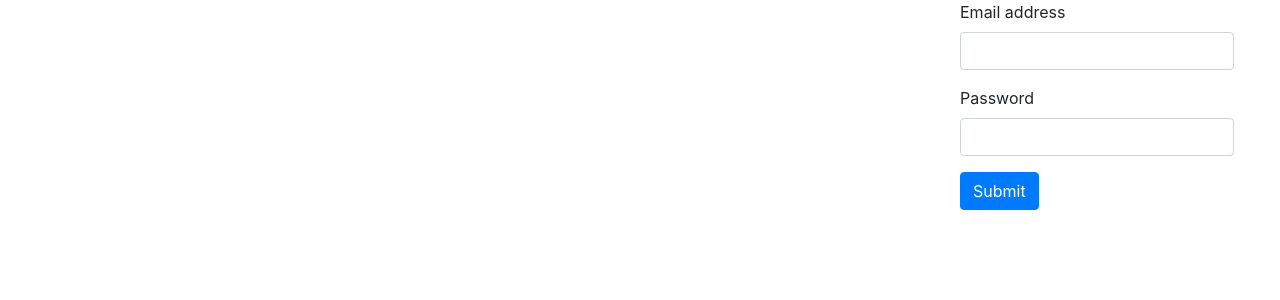
Repository: Pedaxx-IT-solution/E-Waiter-Stuff-
Page: http://localhost/E-Waiter/pages/signup.jsp
The author's editor kept a copy of each file at every save. The page is drawn from the files as they stood at one save, then again after the next save.
The browser window is 1280 px wide. The pictures show the whole page.
The page is served by Tomcat 9. Other server files are loaded and not shown.

Above is the page before, as saved 2020-01-23 08:14:42.

### E-Waiter/src/main/webapp/pages/signup.jsp
<%@ page language="java" contentType="text/html; charset=ISO-8859-1"
	pageEncoding="ISO-8859-1"%>
<!DOCTYPE html>
<html>
<head>
<meta charset="ISO-8859-1">
<title>Insert title here</title>
<link rel="stylesheet"
	href="https://stackpath.bootstrapcdn.com/bootstrap/4.4.1/css/bootstrap.min.css"
	integrity="sha384-Vkoo8x4CGsO3+Hhxv8T/Q5PaXtkKtu6ug5TOeNV6gBiFeWPGFN9MuhOf23Q9Ifjh"
	crossorigin="anonymous">



</head>


<body>
	<div class="container-fluid">
		<div class="row">
			<div class="col-3"></div>
			<div class="col-6"></div>

			<form>
				<div class="form-group">
					<label for="exampleInputEmail1">Email address</label> <input
						type="email" class="form-control" id="exampleInputEmail1"
						aria-describedby="emailHelp"> <small id="emailHelp"
						class="form-text text-muted">
						</small>
				</div>
				<div class="form-group">
					<label for="exampleInputPassword1">Password</label> <input
						type="password" class="form-control" id="exampleInputPassword1">
				</div>

				<button type="submit" class="btn btn-primary">Submit</button>
			</form>



		</div>
	</div>



</body>
</html>

After the next save:
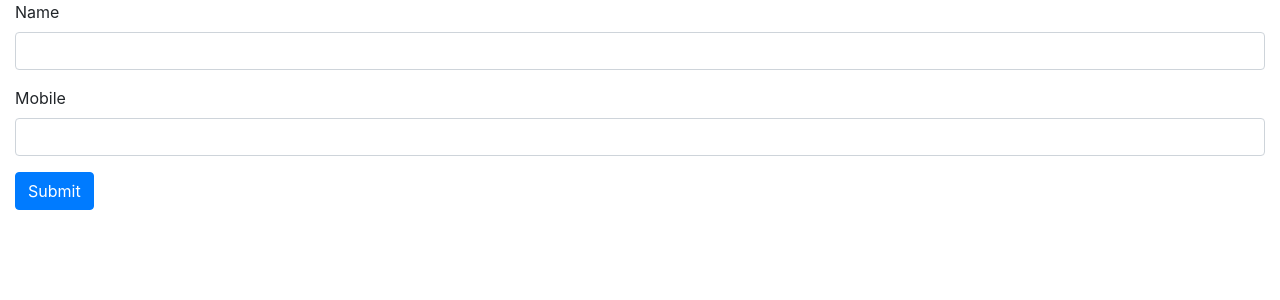
Saved 5 min 55 s later.
--- a/E-Waiter/src/main/webapp/pages/signup.jsp
+++ b/E-Waiter/src/main/webapp/pages/signup.jsp
@@ -22,16 +22,16 @@
 			<div class="col-6"></div>
 
 			<form>
-				<div class="form-group">
-					<label for="exampleInputEmail1">Email address</label> <input
-						type="email" class="form-control" id="exampleInputEmail1"
-						aria-describedby="emailHelp"> <small id="emailHelp"
-						class="form-text text-muted">
-						</small>
+
 				</div>
 				<div class="form-group">
-					<label for="exampleInputPassword1">Password</label> <input
-						type="password" class="form-control" id="exampleInputPassword1">
+					<label for="exampleInputPassword1">Name</label> <input
+						type="text" name="cust_name" class="form-control" id="exampleInputPassword1">
+				</div>
+
+				<div class="form-group">
+					<label for="exampleInputPassword1">Mobile</label> <input
+						type="number"  name=cust_mobile class="form-control" id="exampleInputPassword1">
 				</div>
 
 				<button type="submit" class="btn btn-primary">Submit</button>
